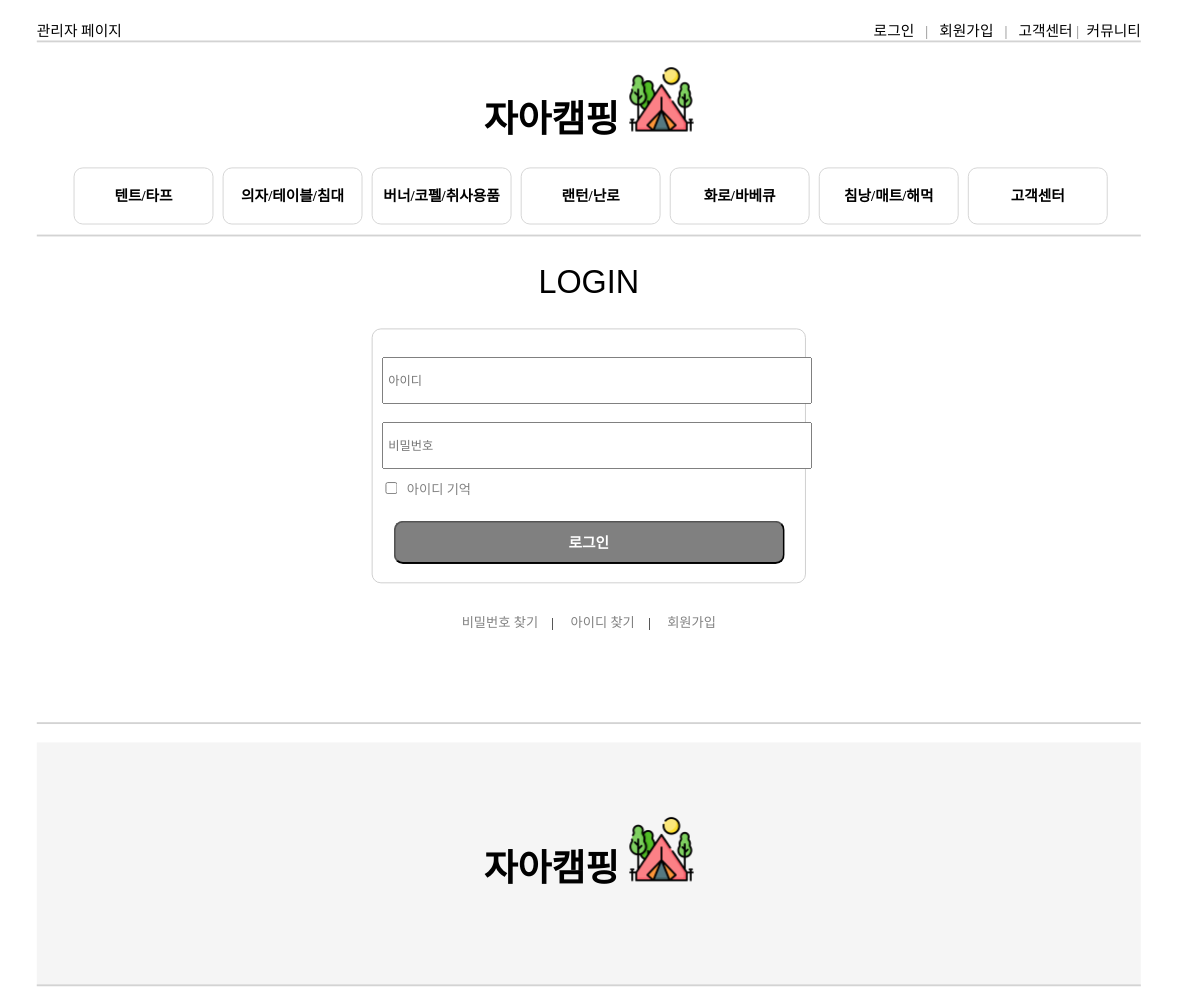
Repository: JJang-Ah/JSP-shoping-mall-project
Page: http://localhost/JaAhCamping/logon/memberLoginForm.jsp
An editor plug-in stored every save of this project. The page is shown before and after the next save, followed by the edit.
The browser window is 1280 px wide. The pictures show the whole page, at 92% of full size.
Some web fonts or font styles are not loaded; a fallback is used. The page is served by Tomcat 9.

Above is the page before, as saved 2022-06-12 13:44:49.

After the next save:
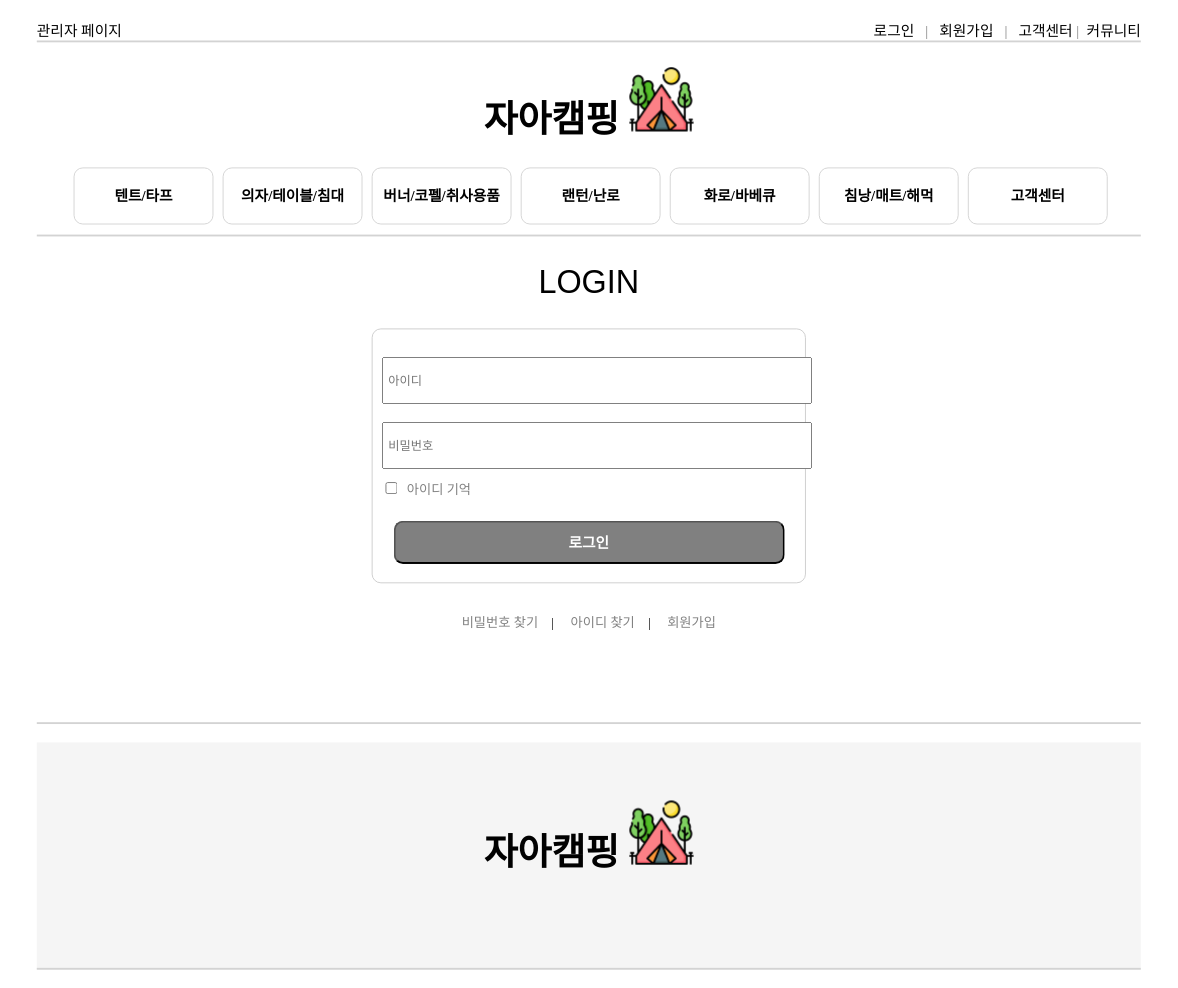
Saved 14 s later.
--- a/JaAhCamping/WebContent/mall/shopBottom.jsp
+++ b/JaAhCamping/WebContent/mall/shopBottom.jsp
@@ -11,7 +11,7 @@
 </head>
 <body>
 <div id="container_bottom">
-	<br><br><br>
+	<br><br>
 	<h1 class="title"><a href="http://localhost:8088/JaAhCamping/mall/shopAll.jsp">자아캠핑&nbsp;<img alt="camping" src="/JaAhCamping/icons/camping.png" id="camping"></a></h1>
 	<hr class="t_line">
 
